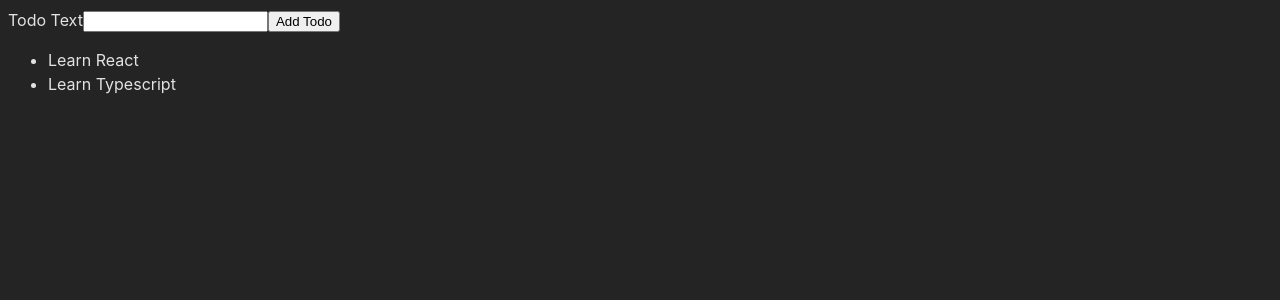
Repository: Hardyy00/React-Start
Page: / (app in React-Typescript-App-with-context-api/)
The author's editor kept a copy of each file at every save. The page is drawn from the files as they stood at one save, then again after the next save.
The browser window is 1280 px wide. The pictures show the whole page.
The project was rebuilt for these pictures with package versions that can differ from the ones it lists, and the page was loaded fresh each time. Also part of the build but not shown: React-Typescript-App-with-context-api/vite.config.ts, React-Typescript-App-with-context-api/src/App.css.

Above is the page before, as saved 2024-01-27 13:15:56.

### React-Typescript-App-with-context-api/src/App.tsx
import "./App.css";
import NewTodo from "./Components/NewTodo";
import Todos from "./Components/Todos";
import Todo from "./Model/todos";

function App() {
  const todos = [new Todo("Learn React"), new Todo("Learn Typescript")];

  function addTodo(todo: Todo) {
    todos.push(todo);
  }
  return (
    <div>
      <NewTodo onAddTodo={addTodo} />
      <Todos items={todos} />
    </div>
  );
}

export default App;

### React-Typescript-App-with-context-api/src/Components/NewTodo.tsx
import React, { useRef } from "react";
import Todo from "../Model/todos";

const NewTodo: React.FC<{ onAddTodo: (item: Todo) => void }> = (props) => {
  const inputRef = useRef<HTMLInputElement>(null);
  const submitHandler = (event: React.FormEvent) => {
    event.preventDefault();

    const text = inputRef.current!.value;

    if (text.trim().length == 0) {
      return;
    }

    props.onAddTodo(new Todo(text));
    inputRef.current!.value = "";
  };

  return (
    <form action="" onSubmit={submitHandler}>
      <label htmlFor="text">Todo Text</label>
      <input type="text" id="text" ref={inputRef} />
      <button>Add Todo</button>
    </form>
  );
};

export default NewTodo;

### React-Typescript-App-with-context-api/src/Components/Todos.tsx
import React from "react";
import Todo from "../Model/todos";
import TodoItem from "./TodoItem";

// React.FunctionalComponent Type,and in that type we are defining the type of prop items
const Todos: React.FC<{ items: Todo[] }> = (props) => {
  return (
    <ul>
      {props.items.map((item) => (
        <TodoItem todoItem={item} key={item.id} />
      ))}
    </ul>
  );
};

export default Todos;

### React-Typescript-App-with-context-api/src/Components/TodoItem.tsx
import React from "react";
import Todo from "../Model/todos";

const TodoItem: React.FC<{ todoItem: Todo }> = ({ todoItem }) => {
  return <li>{todoItem.text}</li>;
};

export default TodoItem;

Loaded but not shown: React-Typescript-App-with-context-api/index.html (common file); React-Typescript-App-with-context-api/src/main.tsx (common file); React-Typescript-App-with-context-api/src/index.css (common file); React-Typescript-App-with-context-api/src/Model/todos.ts (common file)

After the next save:
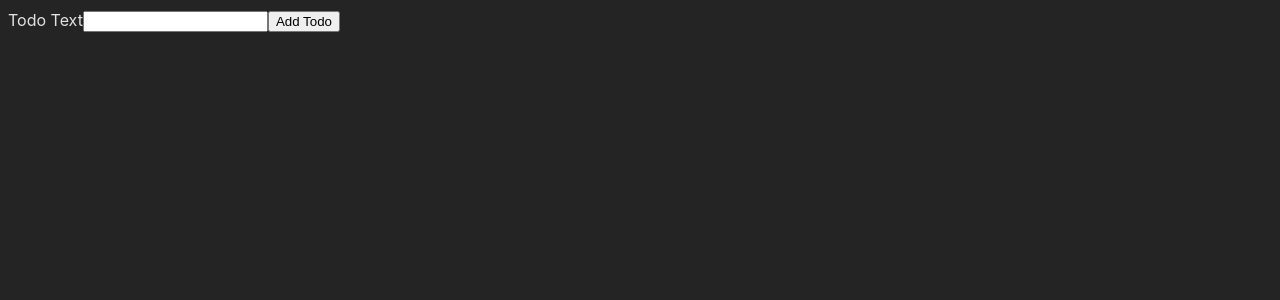
Saved 58 s later.
--- a/React-Typescript-App-with-context-api/src/App.tsx
+++ b/React-Typescript-App-with-context-api/src/App.tsx
@@ -1,11 +1,11 @@
+import { useState } from "react";
 import "./App.css";
 import NewTodo from "./Components/NewTodo";
 import Todos from "./Components/Todos";
 import Todo from "./Model/todos";
 
 function App() {
-  const todos = [new Todo("Learn React"), new Todo("Learn Typescript")];
-
+  const [todos, setTodos] = useState([]);
   function addTodo(todo: Todo) {
     todos.push(todo);
   }
